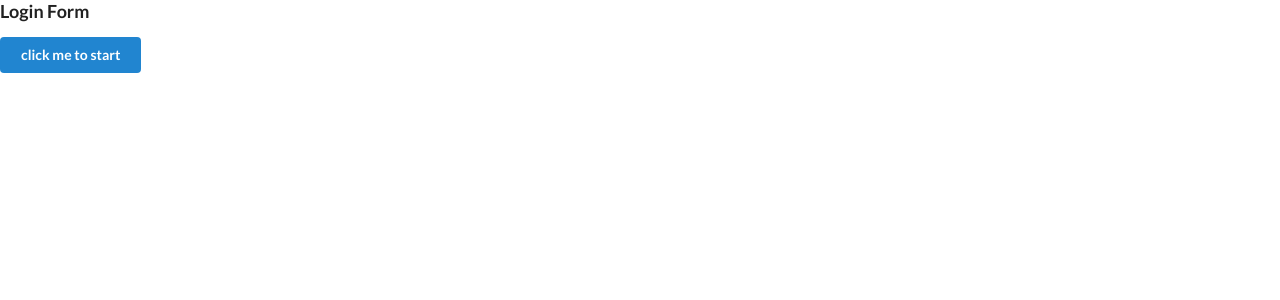
Repository: ZahirA1i/form-using-next
Page: /
An editor plug-in stored every save of this project. The page is shown before and after the next save, followed by the edit.
The browser window is 1280 px wide. The pictures show the whole page.
The project was rebuilt for these pictures with package versions that can differ from the ones it lists, and the page was loaded fresh each time. The framework's server and built-in components were replaced by stand-ins that run in the browser. Also part of the build but not shown: next.config.js.

Above is the page before, as saved 2022-09-28 13:04:46.

### pages/_app.js
//import '../styles/globals.css'
import 'semantic-ui-css/semantic.min.css';

function MyApp({ Component, pageProps }) {
  return <Component {...pageProps} />
}

export default MyApp

### pages/index.js
import { Button, Loader } from 'semantic-ui-react';
import LoginForm from '../components';

import { useRouter } from 'next/router';
import { useState } from 'react';

export default function Home() {
  //before, during and after

  const [loginState, setLoginState] = useState("before");
  //var c = "blue";
  const r = useRouter();
  //var button_next = "click me to start";




  //const HandleButton = () => {
    //if (loginState === "before") {
      //setLoginState("during");
    //}
    //if (loginState === "during") {
      //setLoginState("after");
    //}
    //if (loginState === "after") {
     // r.push("/dashboard");
   // }
  //}


  const Login = async () => {
    setLoginState("during");
    await new Promise(resolve => setTimeout(resolve, 2000));

    setLoginState("after");
    await new Promise(resolve => setTimeout(resolve, 2000));

    r.push("/dashboard");
  }

  return (
    <div>
    <LoginForm
    loginState={loginState}
    onLoginClick={()=>Login()}
    />
    </div>


  )
}

### components/index.js
import { Button, Loader } from 'semantic-ui-react';

export default function LoginForm({
    loginState = "before",
    onLoginClick =() => {}

}) {
    var c = "blue";
    var button_next = "click me to start";


    if (loginState === "before") {
        c = "blue";
    }

    if (loginState === "during") {
        c = "green";
        button_next = "loading";
    }

    if (loginState === "after") {
        c = "grey";
        button_next = "logged in";
    }

    return <div>
        <h3>Login Form</h3>
        <Button
            color={c}
            onClick={onLoginClick}>
            {button_next}
            {loginState === "during" && <Loader active />}
        </Button>
    </div>
}

After the next save:
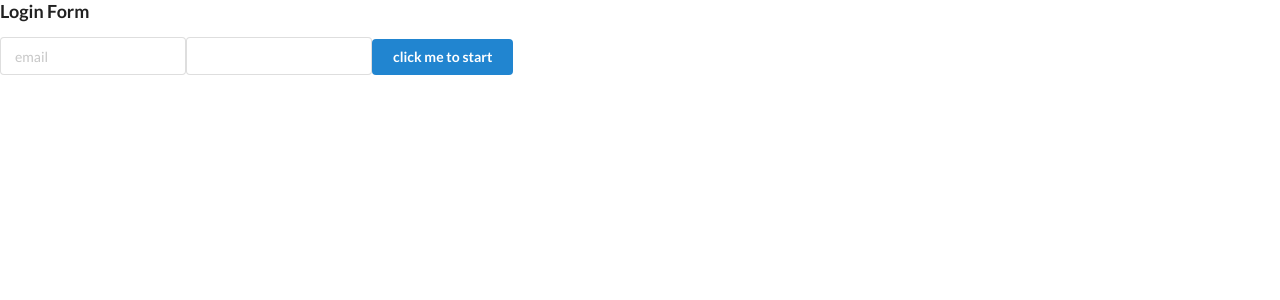
Saved 13 min 22 s later.
--- a/components/index.js
+++ b/components/index.js
@@ -1,4 +1,4 @@
-import { Button, Loader } from 'semantic-ui-react';
+import { Button, Loader, Input } from 'semantic-ui-react';
 
 export default function LoginForm({
     loginState = "before",
@@ -25,6 +25,8 @@ export default function LoginForm({
 
     return <div>
         <h3>Login Form</h3>
+    <Input placeholder="email"/>
+    <Input placegolder="password"/>
         <Button
             color={c}
             onClick={onLoginClick}>
